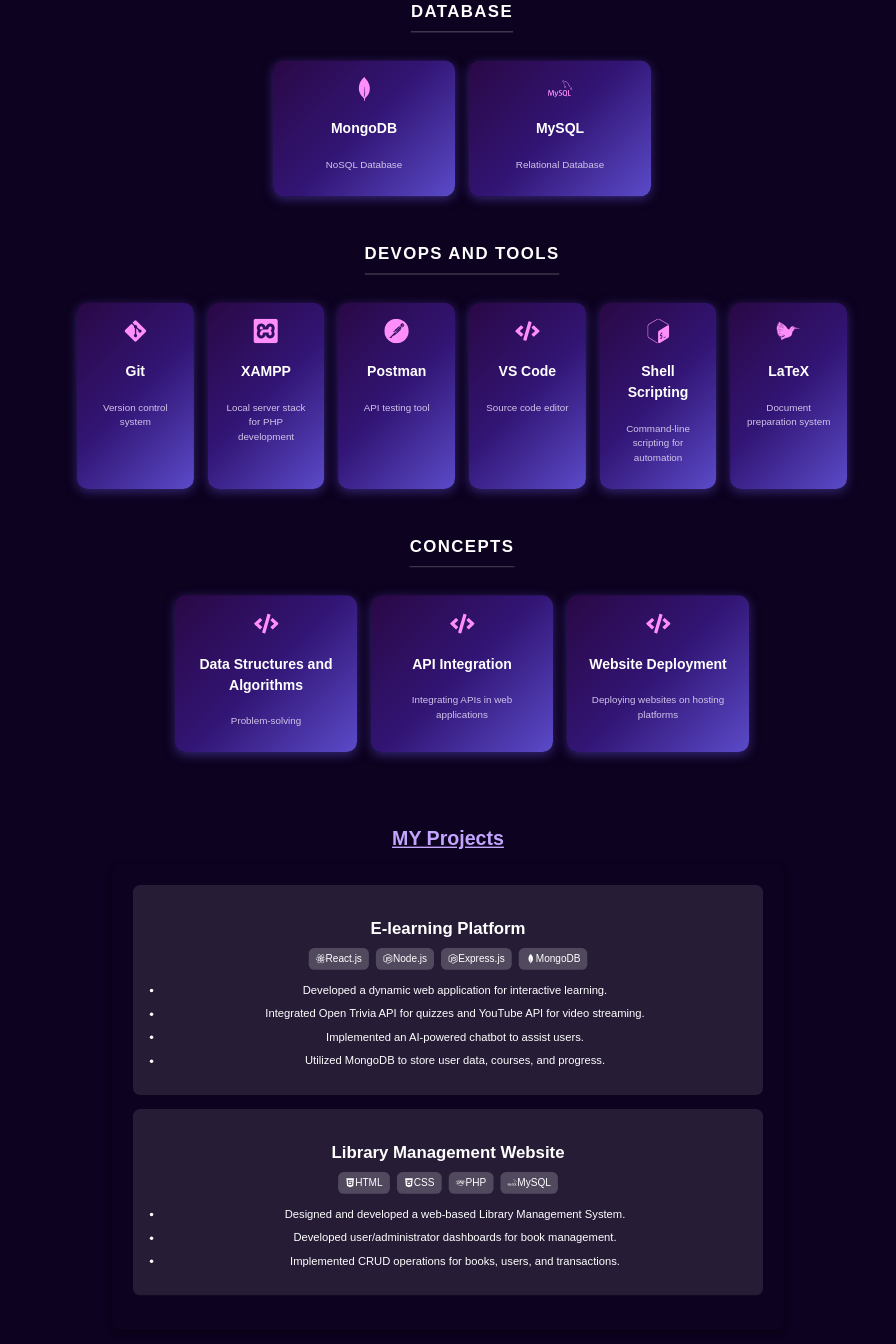
Repository: harshitap1305/Portfolio
Page: /
The author's editor kept a copy of each file at every save. The page is drawn from the files as they stood at one save, then again after the next save.
The browser window is 1280 px wide. The pictures show the part of the page from y = 1969 to 3889 px (the page is 3889 px tall before and 3878 px after), at 70% of full size.
The project was rebuilt for these pictures with package versions that can differ from the ones it lists, and the page was loaded fresh each time. Also part of the build but not shown: vite.config.js.

Above is the page before, as saved 2025-03-27 21:52:15.

After the next save:
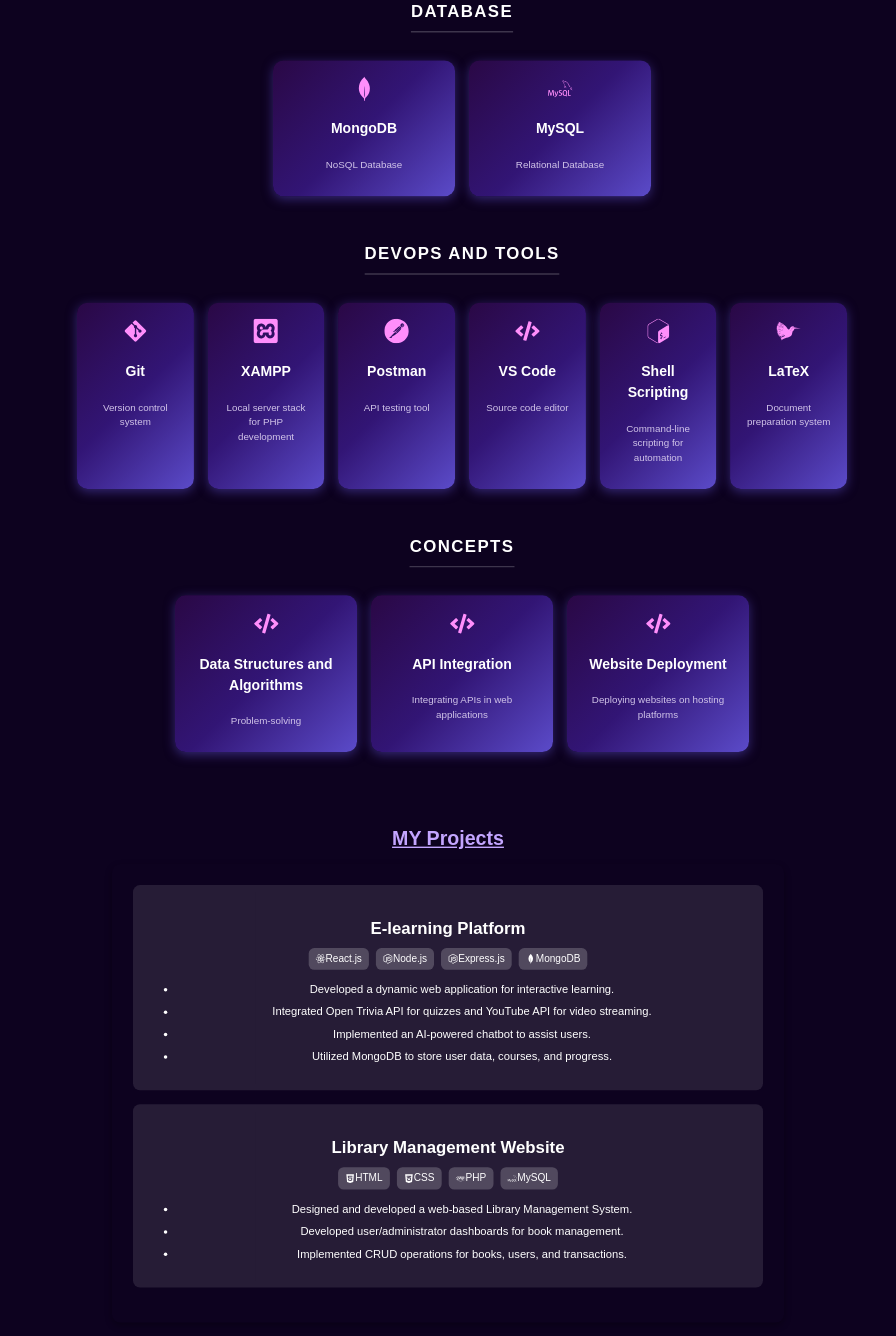
Saved 7 s later.
--- a/src/Projects.css
+++ b/src/Projects.css
@@ -50,14 +50,7 @@
     font-size: 0.9rem;
   }
 
-  .project-description {
-    list-style: none;
-    padding: 0;
-    font-size: 1rem;
-  }
-
-  .project-description li {
-    margin-bottom: 5px;
+  ;
   }
   .project-description {
     list-style: disc;

After the save that followed:
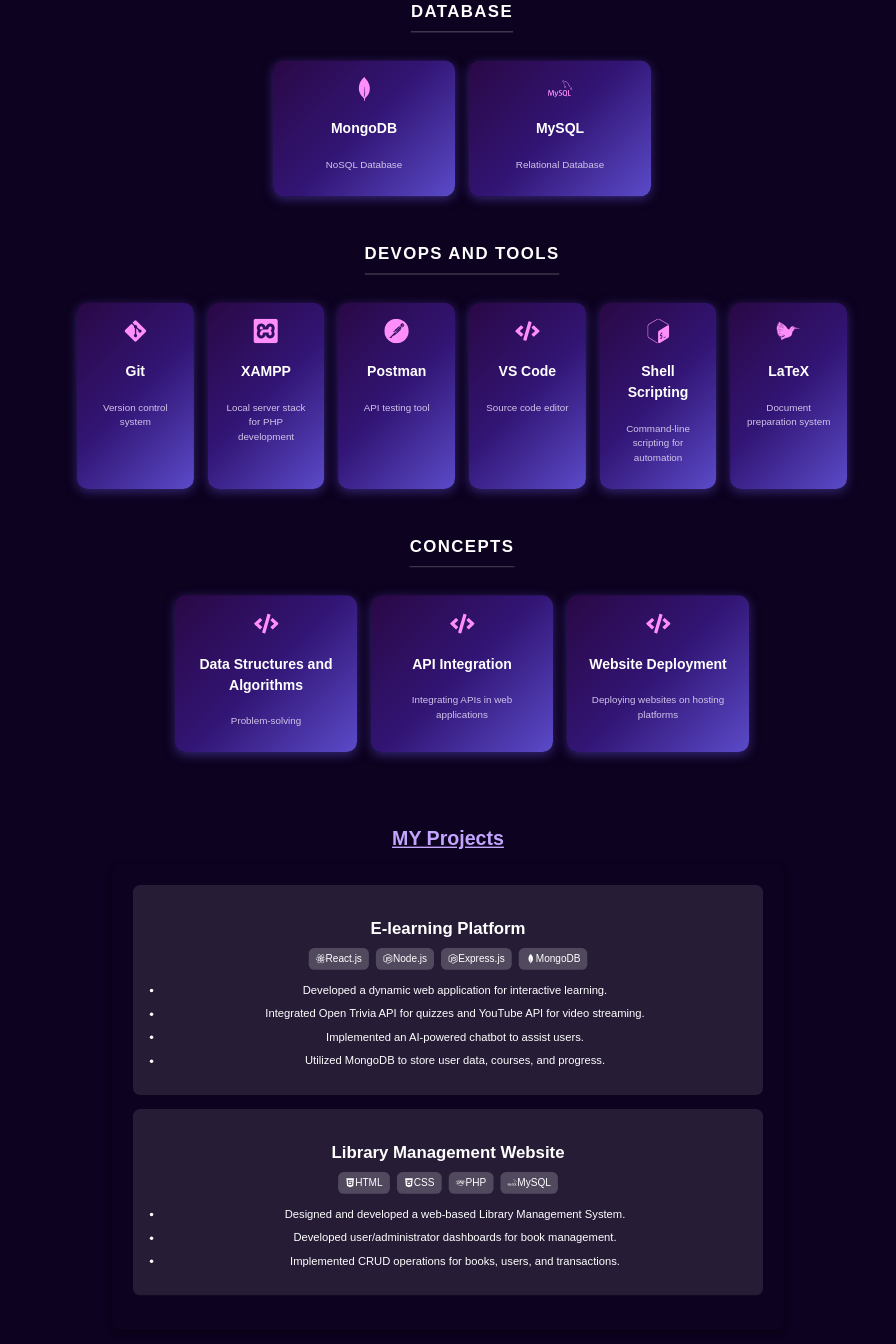
Saved 5 s later.
--- a/src/Projects.css
+++ b/src/Projects.css
@@ -50,8 +50,6 @@
     font-size: 0.9rem;
   }
 
-  ;
-  }
   .project-description {
     list-style: disc;
     padding-left: 20px;  /* Ensures proper indentation */
